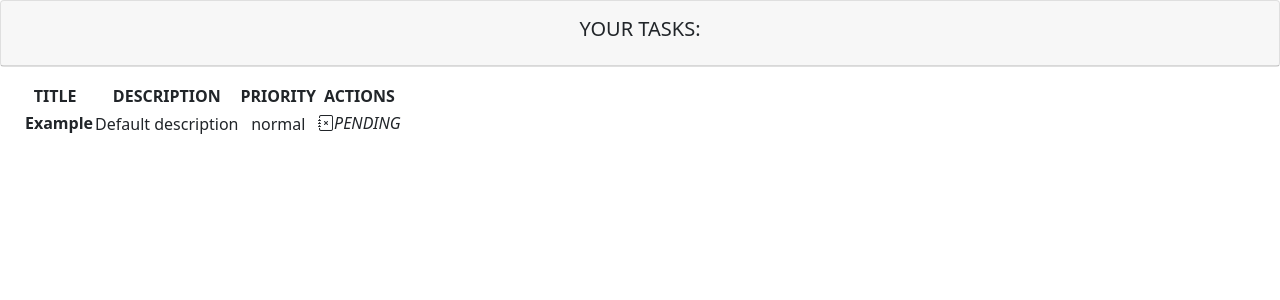
Repository: abgdev1997/proyecto-evo
Page: /tasks
The author's editor kept a copy of each file at every save. The page is drawn from the files as they stood at one save, then again after the next save.
The browser window is 1280 px wide. The pictures show the whole page.
The project was rebuilt for these pictures with package versions that can differ from the ones it lists, and the page was loaded fresh each time. Also part of the build but not shown: src/index.css.

Above is the page before, as saved 2022-01-27 10:54:31.

After the next save:
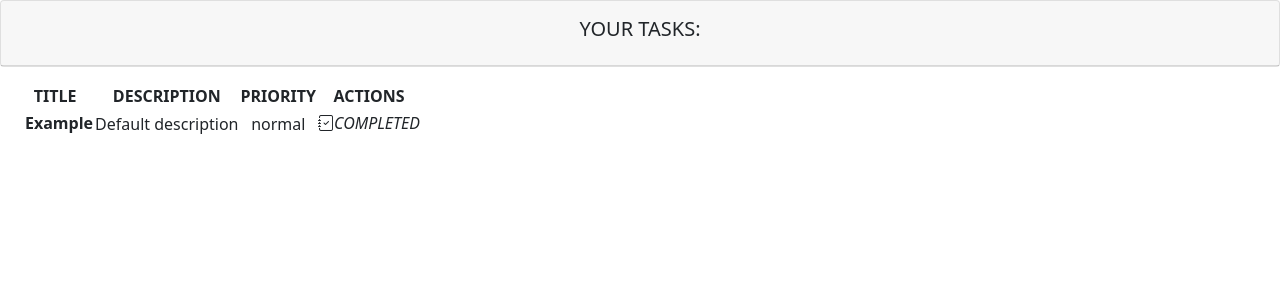
Saved 18 s later.
--- a/src/components/container/task_list.jsx
+++ b/src/components/container/task_list.jsx
@@ -5,7 +5,7 @@ import TaskComponent from '../pure/task_component'
 
 const TaskList = () => {
 
-    const defaultTask = new Task('Example', 'Default description', false, LEVELS.NORMAL);
+    const defaultTask = new Task('Example', 'Default description', true, LEVELS.NORMAL);
 
     //Estados del componente
     const [tasks, setTasks] = useState([defaultTask]);
